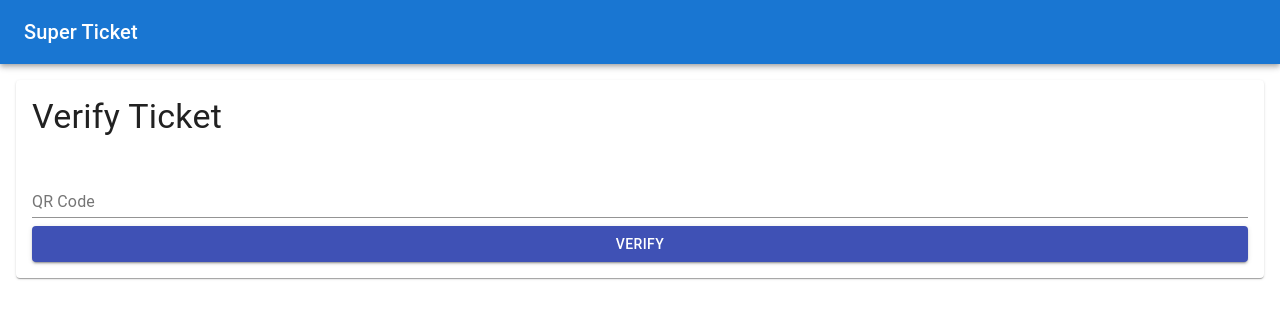
Repository: ferugarte/superticket
Page: /verify-ticket (app in frontend/)
An editor plug-in stored every save of this project. The page is shown before and after the next save, followed by the edit.
The browser window is 1280 px wide. The pictures show the whole page.
The project was rebuilt for these pictures with package versions that can differ from the ones it lists, and the page was loaded fresh each time. Also part of the build but not shown: frontend/src/components/EventList.jsx, frontend/src/components/EventDetail.jsx, frontend/src/components/CreateEvent.jsx, frontend/src/components/TicketList.jsx, frontend/src/components/AssignTicket.jsx.

Above is the page before, as saved 2024-04-15 15:37:27.

### frontend/src/App.js
// src/App.js
import React from 'react';
import { ThemeProvider } from '@mui/material/styles';
import theme from './theme';
import RouterComponent from './RouterComponent'; // This will handle all routing

function App() {
  return (
    <ThemeProvider theme={theme}>
      <RouterComponent />
    </ThemeProvider>
  );
}

export default App;

### frontend/src/theme.js
// src/theme.js
import { createTheme } from '@mui/material/styles';

const theme = createTheme({
  components: {
    MuiCssBaseline: {
      styleOverrides: `
        form {
          width: 40%;       // Set the width of the form
          margin: 0 auto;   // Center the form horizontally
        }
      `
    }
  }
});

export default theme;

### frontend/src/RouterComponent.js
// src/RouterComponent.js
import React from 'react';
import { BrowserRouter, Routes, Route } from 'react-router-dom';
import Header from './components/Header';
import EventList from './components/EventList';
import EventDetail from './components/EventDetail';
import CreateEvent from './components/CreateEvent';
import TicketList from './components/TicketList';
import AssignTicket from './components/AssignTicket';
import VerifyTicket from './components/VerifyTicket';

function RouterComponent() {
  return (
    <BrowserRouter>
      <Header />
      <Routes>
        <Route path="/" element={<EventList />} />
        <Route path="/events/:id" element={<EventDetail />} />
        <Route path="/create-event" element={<CreateEvent />} />
        <Route path="/tickets" element={<TicketList />} />
        <Route path="/assign-ticket" element={<AssignTicket />} />
        <Route path="/verify-ticket" element={<VerifyTicket />} />
      </Routes>
    </BrowserRouter>
  );
}

export default RouterComponent;

### frontend/src/components/Header.jsx
// src/components/Header.jsx
import React from 'react';
import AppBar from '@mui/material/AppBar';
import Toolbar from '@mui/material/Toolbar';
import Typography from '@mui/material/Typography';
import { Link as RouterLink } from 'react-router-dom';
import { styled } from '@mui/material/styles';

const StyledToolbar = styled(Toolbar)({
    justifyContent: 'space-between', // Centers items on the toolbar
});

const Header = () => {
    return (
        <AppBar position="static">
            <StyledToolbar>
                <Typography
                    variant="h6"
                    component={RouterLink}
                    to="/"
                    sx={{
                        textDecoration: 'none', // Removes underline from link
                        color: 'inherit', // Inherits the white color from AppBar
                        flexGrow: 1 // Allows the title to take up the full space if no other elements are on the Toolbar
                    }}
                >
                    Super Ticket
                </Typography>
                {/* Add additional navigation links or buttons here if needed */}
            </StyledToolbar>
        </AppBar>
    );
};

export default Header;

### frontend/src/components/VerifyTicket.jsx
// src/components/VerifyTicket.jsx
import React, { useState } from 'react';
import { verifyTicket } from '../services/api';
import { TextField, Button, Paper, Typography } from '@material-ui/core';

function VerifyTicket() {
    const [qrCode, setQrCode] = useState('');
    const [message, setMessage] = useState('');

    const handleSubmit = (e) => {
        e.preventDefault();
        verifyTicket({ qrCode }).then(response => {
            setMessage(`Verification result: ${response.data.message}`);
        }).catch(error => {
            setMessage(`Error verifying ticket: ${error.message}`);
        });
    };

    return (
        <Paper style={{ margin: 16, padding: 16 }}>
            <Typography variant="h4" component="h1">Verify Ticket</Typography>
            <form onSubmit={handleSubmit} style={{ marginTop: 16 }}>
                <TextField
                    label="QR Code"
                    value={qrCode}
                    onChange={e => setQrCode(e.target.value)}
                    fullWidth
                    margin="normal"
                />
                <Button type="submit" variant="contained" color="primary" fullWidth>
                    Verify
                </Button>
                {message && <Typography style={{ marginTop: 20 }}>{message}</Typography>}
            </form>
        </Paper>
    );
}

export default VerifyTicket;

### frontend/src/services/api.js
// src/services/api.js
import axios from 'axios';

const API_URL = 'http://localhost:3000/api';  // Adjust based on actual API URL

export const fetchEvents = () => axios.get(`${API_URL}/events`);
export const fetchEventById = (id) => axios.get(`${API_URL}/events/${id}`);
export const createEvent = (eventData) => axios.post(`${API_URL}/events`, eventData);
export const updateEvent = (id, eventData) => axios.put(`${API_URL}/events/${id}`, eventData);
export const deleteEvent = (id) => axios.delete(`${API_URL}/events/${id}`);

export const assignTicket = (ticketData) => axios.post(`${API_URL}/tickets`, ticketData);
export const fetchTickets = () => axios.get(`${API_URL}/tickets`);
export const verifyTicket = (qrCode) => axios.post(`${API_URL}/tickets/verify-qr`, { qrCode });

Loaded but not shown: frontend/public/index.html (common file); frontend/src/index.js (common file); frontend/src/index.css (common file); frontend/src/reportWebVitals.js (common file)

After the next save:
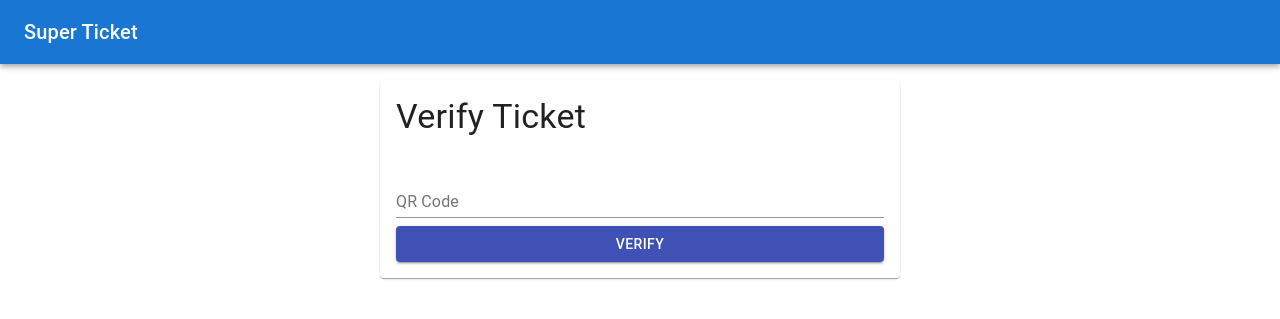
Saved 13 s later.
--- a/frontend/src/components/VerifyTicket.jsx
+++ b/frontend/src/components/VerifyTicket.jsx
@@ -1,7 +1,7 @@
 // src/components/VerifyTicket.jsx
 import React, { useState } from 'react';
 import { verifyTicket } from '../services/api';
-import { TextField, Button, Paper, Typography } from '@material-ui/core';
+import { TextField, Button, Paper, Typography, Container } from '@material-ui/core';
 
 function VerifyTicket() {
     const [qrCode, setQrCode] = useState('');
@@ -17,6 +17,7 @@ function VerifyTicket() {
     };
 
     return (
+        <Container maxWidth="sm">
         <Paper style={{ margin: 16, padding: 16 }}>
             <Typography variant="h4" component="h1">Verify Ticket</Typography>
             <form onSubmit={handleSubmit} style={{ marginTop: 16 }}>
@@ -33,6 +34,7 @@ function VerifyTicket() {
                 {message && <Typography style={{ marginTop: 20 }}>{message}</Typography>}
             </form>
         </Paper>
+        </Container>
     );
 }
 
